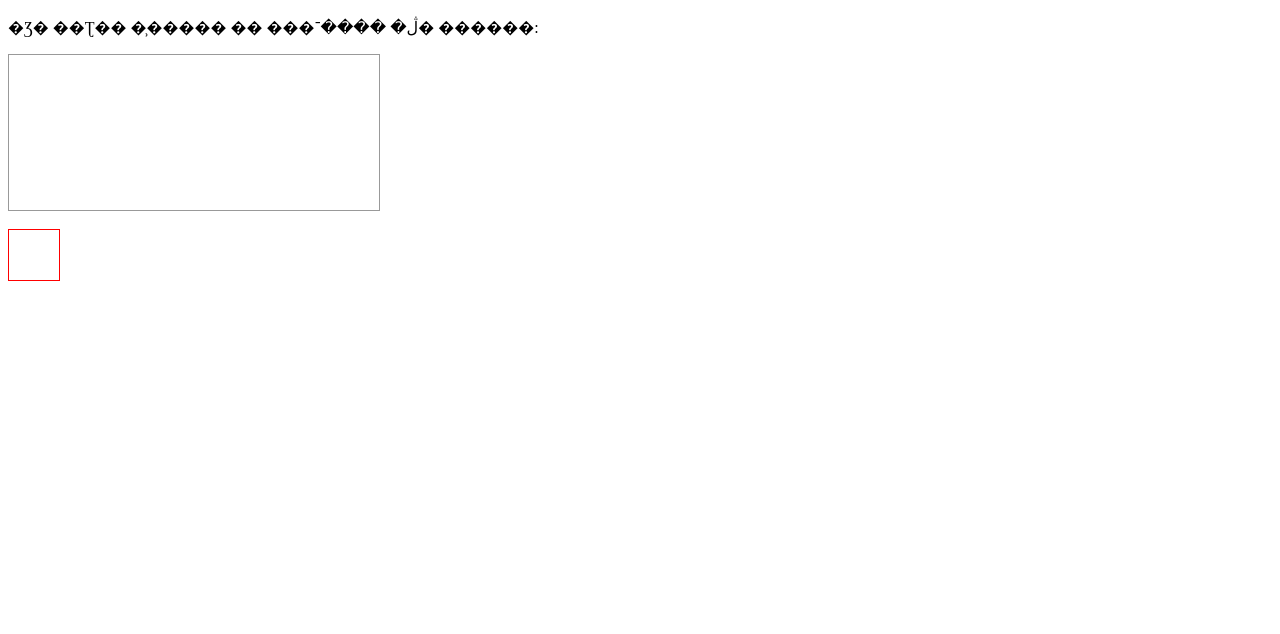
Repository: faqwer/khfinal
Page: http://localhost/finaltp/test2.jsp
The author's editor kept a copy of each file at every save. The page is drawn from the files as they stood at one save, then again after the next save.
The browser window is 1280 px wide. The pictures show the whole page.
The page is served by Tomcat 9. Other server files are loaded and not shown.

Above is the page before, as saved 2017-12-12 10:05:54.

### finaltp/finaltp/src/main/webapp/test2.jsp
<%@ page language="java" contentType="text/html; charset=UTF-8"
	pageEncoding="UTF-8"%>
<!DOCTYPE HTML>
<html>
<head>
<style>
/* �巡���� ���� ������ ����� ���մϴ�. ������ �Ű澲�� �����ŵ� �˴ϴ�. */
#div1 {width:350px;height:135px;padding:10px;border:1px solid #999;}
</style>
<script>
var element;
function allowDrop(ev) {
    ev.preventDefault();
}

function drag(ele,ev) {
	element=ele;
}

function drop(ev) {
    ev.preventDefault();
    ev.target.appendChild(element);
}
</script>
</head>
<body>

<p>�Ʒ� ��Ʈ�� �̹����� �� ���ڷ� ����־� ������:</p>

<div id="div1" ondrop="drop(event)" ondragover="allowDrop(event)"></div>
<br>
<div id="drag1" draggable="true" ondragstart="drag(this,event)" style="border:1px solid red; width: 50px;height: 50px;"></div>

</body>
</html>

After the next save:
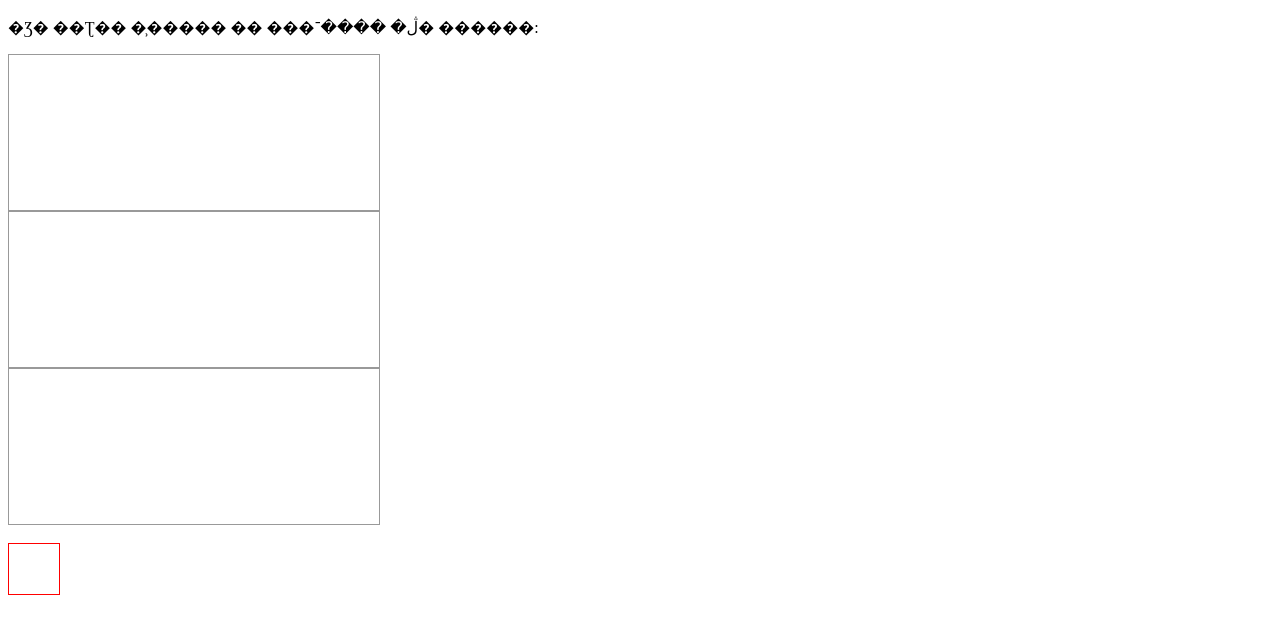
Saved 40 s later.
--- a/finaltp/finaltp/src/main/webapp/test2.jsp
+++ b/finaltp/finaltp/src/main/webapp/test2.jsp
@@ -28,6 +28,8 @@ function drop(ev) {
 <p>�Ʒ� ��Ʈ�� �̹����� �� ���ڷ� ����־� ������:</p>
 
 <div id="div1" ondrop="drop(event)" ondragover="allowDrop(event)"></div>
+<div id="div1" ondrop="drop(event)" ondragover="allowDrop(event)"></div>
+<div id="div1" ondrop="drop(event)" ondragover="allowDrop(event)"></div>
 <br>
 <div id="drag1" draggable="true" ondragstart="drag(this,event)" style="border:1px solid red; width: 50px;height: 50px;"></div>
 
